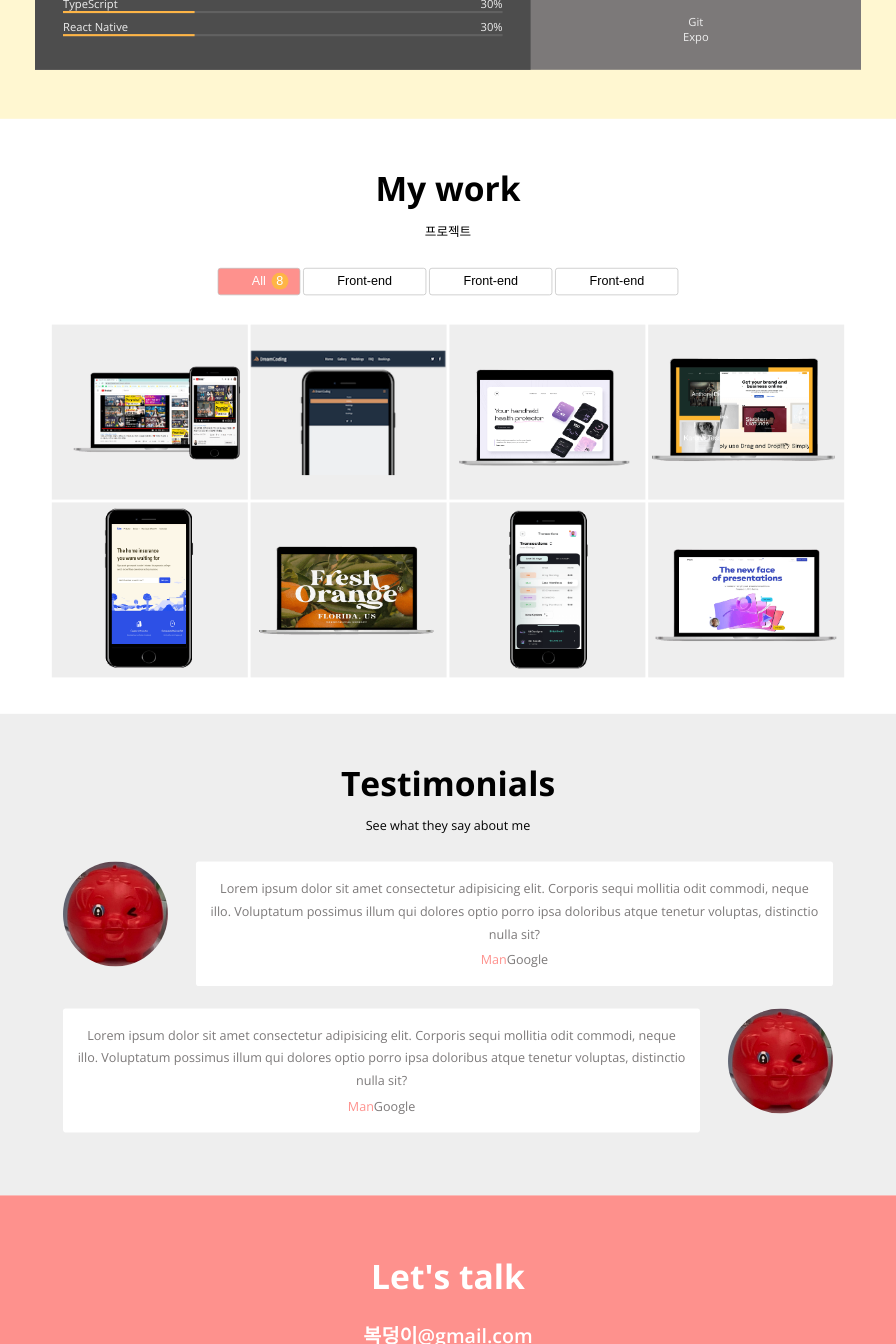
Repository: beomsu9696/Dream_Coding_Academy4
Page: index.html
The author's editor kept a copy of each file at every save. The page is drawn from the files as they stood at one save, then again after the next save.
The browser window is 1280 px wide. The pictures show the part of the page from y = 2224 to 4144 px (the page is 4351 px tall before and 4356 px after), at 70% of full size.
Some web libraries are served in a nearby version.

Above is the page before, as saved 2021-03-19 20:40:03.

### index.html
<!DOCTYPE html>
<html lang="en">
  <head>
    <meta charset="UTF-8" />
    <meta name="viewport" content="width=device-width, initial-scale=1.0" />
    <title>김범수 포트폴리오</title>
    <meta name="description" content="Portfolio" />
    <meta name="author" content="Beomsu" />
    <link rel="icon" type="image/png" href="images/favicon.png" />
    <script
      src="https://kit.fontawesome.com/c90a48a564.js"
      crossorigin="anonymous"
    ></script>
    <link rel="preconnect" href="https://fonts.gstatic.com" />
    <link
      href="https://fonts.googleapis.com/css2?family=Open+Sans:wght@400;600;700&display=swap"
      rel="stylesheet"
    />
    <link rel="stylesheet" href="style.css" />
    <script src="main.js" defer></script>
  </head>
  <body>
    <!-- Navbar -->
    <nav id="navbar">
      <div class="navbar__logo">
        <i class="fab fa-diaspora"></i>
        <a href="#">김범수 포트폴리오</a>
      </div>
      <ul class="navbar__menu">
        <li class="navbar__menu__item active" data-link="#home">홈</li>
        <li class="navbar__menu__item" data-link="#about">소개</li>
        <li class="navbar__menu__item" data-link="#skills">기술</li>
        <li class="navbar__menu__item" data-link="#work">프로젝트</li>
        <li class="navbar__menu__item" data-link="#testimonials">추천사</li>
        <li class="navbar__menu__item" data-link="#contact">연락처</li>
      </ul>
      <!-- Togglle button -->
      <button class="navbar__toggle-btn">
        <i class="fas fa-bars"></i>
      </button>
    </nav>
    <!-- Home -->
    <section id="home">
      <div class="home__container">
        <img
          src="images/IMG_9769.JPG"
          alt="profile photo"
          class="home__avatar"
        />
        <h1 class="home__title">
          안녕하세요, <br />프론트엔드 개발자 김범수 입니다.
        </h1>
        <h2 class="home__description">구직중 🇰🇷</h2>
        <button class="home__contact">연락처</button>
      </div>
    </section>
    <!-- About -->
    <section id="about" class="section section__container">
      <h1>소개</h1>
      <p>
        안녕하세요. 저는 비전공자 신입 프론트엔드 개발자입니다. 기술과 문제
        해결능력을 키우는데 열정을 가지고 있으며, 신기술 습득에 노력하고
        있습니다. 그리고 시간 관리와 의사소통 능력이 있습니다. 코딩에 매력을
        느껴서 본격적으로 기술 공부를 하며 배운 기술을 활용해 작은 프로젝트들을
        만들어 보며 여러 가지 문제에 부딪혀 문제해결 과정을 겪어보고 있습니다.
        프론트엔드 개발기술로는 JavaScript, React, Typescript, Firebase, HTML,
        CSS, Git 등을 사용하며 초급수준입니다. 드림 코딩 아카데미 및 온라인
        강의를 적극적으로 활용하여 능동적으로 또 체계적으로 공부하며 성장하고
        있습니다. 최근 Reaact Native와 Expo로 간단한 앱 몇 가지를 개발하여 구글
        플레이 스토어에 배포해 보았으며 저에겐 굉장히 즐거운 과정이었습니다.
        계속해서 웹 앱 분야에서 토이 프로젝트들을 만들어보면서 고급개발자가 될
        수 있도록 노력하려 합니다. 앞으로는 현업에서 소통과 협업을 하며 성장해
        보고 싶습니다.
      </p>
      <div class="about__majors">
        <div class="major">
          <div class="major__icon">
            <i class="fab fa-html5"></i>
          </div>
          <h2 class="major__title">Front-end</h2>
          <div class="major__description">
            HTML, CSS, JavaScript, React, TypeScript
          </div>
        </div>
        <div class="major">
          <div class="major__icon">
            <i class="fas fa-server"></i>
          </div>
          <h2 class="major__title">Back-end</h2>
          <div class="major__description">Firebase</div>
        </div>
        <div class="major">
          <div class="major__icon">
            <i class="fas fa-mobile"></i>
          </div>
          <h2 class="major__title">Mobile</h2>
          <div class="major__description">React Native</div>
        </div>
      </div>
      <div class="about__jobs">
        <div class="job">
          <img src="images/jobs/sea.jpeg" alt="sea" class="job__logo" />
          <div class="job__description">
            <p class="job__name">수산물 유통</p>
            <p class="job__period">2012 - 2013</p>
          </div>
        </div>
        <div class="job">
          <img
            src="images/jobs/logo-nongshim.png"
            alt="nongshim"
            class="job__logo"
          />
          <div class="job__description">
            <p class="job__name">농심 물류</p>
            <p class="job__period">2013 10 - 2018 3</p>
          </div>
        </div>
      </div>
    </section>
    <!-- Skills -->
    <section id="skills" class="section">
      <div class="section__container">
        <h1>기술</h1>
        <h2>기술 및 숙련도</h2>
        <p>
          알고리즘 공부와 신기술 습득에 노력하고 있습니다. 그리고 능동적으로 또
          체계적으로 공부하며 성장하고 있습니다.
        </p>
        <div class="skillset">
          <div class="skillset__left">
            <h3 class="skillset__title">기술 및 숙련도</h3>
            <div class="skill">
              <div class="skill__description">
                <span>HTML</span>
                <span>70%</span>
              </div>
              <!-- <progress value="100" max="100"></progress> -->
              <div class="skill__bar">
                <div class="skill__value" style="width: 70%"></div>
              </div>
            </div>
            <div class="skill">
              <div class="skill__description">
                <span>CSS</span>
                <span>70%</span>
              </div>
              <div class="skill__bar">
                <div class="skill__value" style="width: 70%"></div>
              </div>
            </div>
            <div class="skill">
              <div class="skill__description">
                <span>JavaScript</span>
                <span>50%</span>
              </div>
              <div class="skill__bar">
                <div class="skill__value" style="width: 50%"></div>
              </div>
            </div>
            <div class="skill">
              <div class="skill__description">
                <span>React</span>
                <span>30%</span>
              </div>
              <div class="skill__bar">
                <div class="skill__value" style="width: 30%"></div>
              </div>
            </div>
            <div class="skill">
              <div class="skill__description">
                <span>TypeScript</span>
                <span>30%</span>
              </div>
              <div class="skill__bar">
                <div class="skill__value" style="width: 30%"></div>
              </div>
            </div>
            <div class="skill">
              <div class="skill__description">
                <span>React Native</span>
                <span>30%</span>
              </div>
              <div class="skill__bar">
                <div class="skill__value" style="width: 30%"></div>
              </div>
            </div>
          </div>
          <div class="skillset__right">
            <div class="tools">
              <h3 class="skillset__title">도구</h3>
              <ul class="tools__list">
                <li><span>Visual Studio Code</span></li>
                <li><span>Firebase</span></li>
              </ul>
            </div>
            <div class="etc">
              <h3 class="skillset__title">기타</h3>
              <ul class="etc__list">
                <li><span>Git</span></li>
                <li><span>Expo</span></li>
              </ul>
            </div>
          </div>
        </div>
      </div>
    </section>
    <!-- Work -->
    <section id="work" class="section">
      <div class="section__container">
        <h1>My work</h1>
        <h3>프로젝트</h3>
        <div class="work__categories">
          <button class="category__btn selected" data-filter="*">
            All <span class="category__count">8</span>
          </button>
          <button class="category__btn" data-filter="front-end1">
            Front-end <span class="category__count">1</span>
          </button>
          <button class="category__btn" data-filter="front-end2">
            Front-end <span class="category__count">1</span>
          </button>
          <button class="category__btn" data-filter="front-end3">
            Front-end <span class="category__count">1</span>
          </button>
        </div>
        <div class="work__projects">
          <a href="#" class="project" target="_blank" data-type="front-end1">
            <img
              class="project__img"
              src="images/projects/project1.png"
              alt="Project1"
            />
            <div class="project__description">
              <h3>Project</h3>
              <span>Clone coding with HTML and CSS</span>
            </div>
          </a>
          <a href="#" class="project" target="_blank" data-type="front-end2">
            <img
              class="project__img"
              src="images/projects/project2.png"
              alt="Project2"
            />
            <div class="project__description">
              <h3>Project</h3>
              <span>Clone coding with HTML and CSS</span>
            </div>
          </a>
          <a href="#" class="project" target="_blank" data-type="front-end3">
            <img
              class="project__img"
              src="images/projects/project3.png"
              alt="Project3"
            />
            <div class="project__description">
              <h3>Project</h3>
              <span>Clone coding with HTML and CSS</span>
            </div>
          </a>
          <a href="#" class="project" target="_blank">
            <img
              class="project__img"
              src="images/projects/project4.png"
              alt="Project4"
            />
            <div class="project__description">
              <h3>Project</h3>
              <span>Clone coding with HTML and CSS</span>
            </div>
          </a>
          <a href="#" class="project" target="_blank">
            <img
              class="project__img"
              src="images/projects/project5.png"
              alt="Project5"
            />
            <div class="project__description">
              <h3>Project</h3>
              <span>Clone coding with HTML and CSS</span>
            </div>
          </a>
          <a href="#" class="project" target="_blank">
            <img
              class="project__img"
              src="images/projects/project6.png"
              alt="Project6"
            />
            <div class="project__description">
              <h3>Project</h3>
              <span>Clone coding with HTML and CSS</span>
            </div>
          </a>
          <a href="#" class="project" target="_blank">
            <img
              class="project__img"
              src="images/projects/project7.png"
              alt="Project7"
            />
            <div class="project__description">
              <h3>Project</h3>
              <span>Clone coding with HTML and CSS</span>
            </div>
          </a>
          <a href="#" class="project" target="_blank">
            <img
              class="project__img"
              src="images/projects/project8.png"
              alt="Project8"
            />
            <div class="project__description">
              <h3>Project</h3>
              <span>Clone coding with HTML and CSS</span>
            </div>
          </a>
        </div>
      </div>
    </section>
    <!-- Testimonials -->
    <section id="testimonials" class="section">
      <div class="section__container">
        <h1>Testimonials</h1>
        <h3>See what they say about me</h3>
        <div class="testimonials">
          <div class="testimonial">
            <img
              src="images/pig.jpg"
              alt="People"
              class="testimonial__avatar"
            />
            <div class="testimonial__speech-bubble">
              <p>
                Lorem ipsum dolor sit amet consectetur adipisicing elit.
                Corporis sequi mollitia odit commodi, neque illo. Voluptatum
                possimus illum qui dolores optio porro ipsa doloribus atque
                tenetur voluptas, distinctio nulla sit?
              </p>
              <p class="name"><a href="#">Man</a>Google</p>
            </div>
          </div>
          <div class="testimonial">
            <div class="testimonial__speech-bubble">
              <p>
                Lorem ipsum dolor sit amet consectetur adipisicing elit.
                Corporis sequi mollitia odit commodi, neque illo. Voluptatum
                possimus illum qui dolores optio porro ipsa doloribus atque
                tenetur voluptas, distinctio nulla sit?
              </p>
              <p class="name"><a href="#">Man</a>Google</p>
            </div>
            <img
              src="images/pig.jpg"
              alt="People"
              class="testimonial__avatar"
            />
          </div>
        </div>
      </div>
    </section>
    <!-- Contact -->
    <section id="contact" class="section">
      <h1 class="contact__title">Let's talk</h1>
      <h2 class="contact__email">복덩이@gmail.com</h2>
      <div class="contact__links">
        <a href="#" target="_blank">
          <i class="fab fa-github"></i>
        </a>
        <a href="#" target="_blank">
          <i class="fab fa-linkedin"></i>
        </a>
      </div>
      <p class="contact__rights">
        2021 Dream Coding Ellie - All rights reserved
      </p>
    </section>
    <!-- Arrow up -->
    <button class="arrow-up">
      <i class="fa fa-arrow-up"></i>
    </button>
  </body>
</html>

### style.css
/* Universal tags */
* {
  box-sizing: border-box;
}

body {
  margin: 0;
  font-family: "Open Sans", sans-serif;
  cursor: default;
}

a {
  text-decoration: none;
  color: var(--color-white);
}

ul {
  list-style: none;
  padding-left: 0;
}

button {
  outline: none;
  background-color: transparent;
  cursor: pointer;
  border: none;
  padding: 0;
}

p {
  line-height: 1.8;
}

/* Global */
:root {
  /* Color */
  --color-white: #ffffff;
  --color-light-white: #eeeeee;
  --color-dark-white: #bdbdbd;
  --color-pink: #fe918d;
  --color-dark-pink: #ff6863;
  --color-dark-grey: #4d4d4d;
  --color-grey: #616161;
  --color-light-grey: #7c7979;
  --color-blue: #73aace;
  --color-yellow: #fff7d1;
  --color-orange: #feb546;
  --color-black: #000000;

  /* Font size */
  --font-large: 48px;
  --font-medium: 28px;
  --font-regular: 18px;
  --font-small: 16px;
  --font-micro: 14px;

  /* Font weight */
  --weight-bold: 700;
  --weight-semi-bold: 600;
  --weight-regular: 400;

  /* Size */
  --size-border-radius: 4px;

  /* Animation */
  --animation-duration: 300ms;
}

/* Typography */

h1 {
  font-size: var(--font-large);
  font-weight: var(--weight-bold);
  color: var(--color-black);
  margin: 16px 0px;
}

h2 {
  font-size: var(--font-medium);
  font-weight: var(--weight-semi-bold);
  color: var(--color-black);
  margin: 8px 0;
}

h3 {
  font-size: var(--font-regular);
  font-weight: var(--weight-regular);
  color: var(--color-black);
  margin: 8px 0;
}

p {
  font-size: var(--font-regular);
  font-weight: var(--weight-regular);
  color: var(--color-black);
  margin: 4px 0;
}

/* Navbar */
#navbar {
  position: fixed;
  width: 100%;
  display: flex;
  justify-content: space-between;
  align-items: center;
  color: var(--color-white);
  padding: 16px;
  background-color: transparent;
  transition: all var(--animation-duration) ease-in-out;
  z-index: 1;
}

#navbar.navbar--dark {
  background-color: var(--color-pink);
  padding: 8px;
}

.navbar__menu {
  display: flex;
}

.navbar__logo {
  font-size: var(--font-medium);
  font-weight: var(--weight-semi-bold);
}

.navbar__menu__item {
  padding: 8px 12px;
  margin: 0 4px;
  cursor: pointer;
  border-radius: var(--size-border-radius);
  border: 1px solid transparent;
}

.navbar__menu__item.active {
  border: 1px solid var(--color-white);
}

.navbar__menu__item:hover {
  border: 1px solid var(--color-white);
  background-color: var(--color-dark-pink);
}

.navbar__toggle-btn {
  position: absolute;
  top: 24px;
  right: 32px;
  font-size: 24px;
  color: var(--color-white);
  display: none;
}

/* Home */
#home {
  background: center/cover no-repeat url(images/homebackground.png);
  padding: 40px;
  padding-top: 120px;
  text-align: center;
}

.home__avatar {
  width: 250px;
  height: 250px;
  border-radius: 50%;
  border: 2px solid var(--color-light-white);
  object-fit: cover;
}

.home__title,
.home__description {
  color: var(--color-white);
}

.home__contact {
  color: var(--color-white);
  font-size: var(--font-regular);
  font-weight: var(--weight-bold);
  margin: 24px;
  padding: 8px 12px;
  border: 2px solid var(--color-white);
  border-radius: var(--size-border-radius);
}

.home__contact:hover {
  background-color: var(--color-orange);
}

/* Section common */
.section {
  text-align: center;
  padding: 50px;
  margin: auto;
}

.section__container {
  max-width: 1200px;
  margin: auto;
}
/* About */
.about__majors {
  display: flex;
  justify-content: space-between;
  margin: 80px 0;
}

.major__icon {
  width: 170px;
  height: 170px;
  line-height: 170px;
  font-size: 70px;
  margin: auto;
  color: var(--color-blue);
  border: 1px solid var(--color-blue);
  border-radius: 50%;
  margin-bottom: 16px;
}

.major__icon i {
  transition: all var(--animation-duration) ease;
}

.major__icon:hover i {
  color: var(--color-pink);
  transform: rotate(-30deg) scale(1.1);
}

.major__title,
.major__description {
  color: var(--color-dark-grey);
}

.major__description {
  font-size: var(--font-small);
}

.job {
  display: flex;
  align-items: center;
}

.job__description {
  margin: 0 16px;
  text-align: left;
}

.job__name,
.job__period {
  color: var(--color-light-grey);
}

.job__name {
  font-size: var(--font-small);
}

.job__period {
  font-size: var(--font-micro);
}
.job__logo {
  width: 100px;
  height: 100px;
}

/* Skill */
#skills {
  background-color: var(--color-yellow);
}

.skillset {
  display: flex;
  background-color: var(--color-light-grey);
  color: var(--color-light-white);
  margin: 20px 0;
}

.skillset__title {
  color: var(--color-white);
}

.skillset__left {
  flex-basis: 60%;
  background-color: var(--color-dark-grey);
  padding: 20px 40px;
}

.skill {
  margin-bottom: 8px;
}

.skill__description {
  display: flex;
  justify-content: space-between;
}

.skill__bar {
  width: 100%;
  height: 3px;
  background-color: var(--color-grey);
}

.skill__value {
  width: 100%;
  height: 3px;
  background-color: var(--color-orange);
}

.skillset__right {
  flex-basis: 40%;
}

.tools {
  background-color: var(--color-grey);
}

.tools,
.etc {
  padding: 20px;
}

/* Work */
.work__categories {
  margin: 40px;
}

.category__btn {
  border: 1px solid var(--color-dark-white);
  border-radius: var(--size-border-radius);
  font-size: var(--font-regular);
  padding: 8px 48px;
  position: relative;
}

.category__btn.selected,
.category__btn:hover {
  background-color: var(--color-pink);
  color: var(--color-white);
}

.category__btn.selected .category__count,
.category__btn:hover .category__count {
  opacity: 1;
  top: 6px;
}

.category__count {
  background-color: var(--color-orange);
  border-radius: 50%;
  color: var(--color-white);
  width: 24px;
  height: 24px;
  line-height: 24px;
  display: inline-block;
  position: absolute;
  top: -20px;
  right: 16px;
  opacity: 0;
  transition: all var(--animation-duration) ease-in;
}

.work__projects {
  display: flex;
  flex-wrap: wrap;
  justify-content: center;
  opacity: 1;
  transition: all var(--animation-duration) ease-out;
}

.work__projects.anim-out {
  opacity: 0.6;
  transform: scale(0.96) translateY(40px);
}

.project {
  position: relative;
  display: flex;
  justify-content: center;
  align-items: center;
  width: 280px;
  height: 250px;
  margin: 2px;
  background-color: var(--color-light-white);
}

.project.invisible {
  display: none;
}

.project__img {
  max-width: 100%;
  max-height: 100%;
}

.project__description {
  position: absolute;
  background-color: black;
  display: flex;
  flex-direction: column;
  justify-content: center;
  width: 100%;
  height: 100%;
  top: 0;
  left: 0;
  opacity: 0;
  transform: translateY(10px);
  transition: all var(--animation-duration) ease-in;
}

.project:hover .project__description {
  transform: translateY(0px);
  opacity: 0.8;
}

.project__description h3 {
  color: var(--color-orange);
}

.project__description h3:after {
  content: "";
  display: block;
  position: relative;
  left: 50%;
  width: 50px;
  height: 2px;
  transform: translateX(-50%);
  margin-top: 8px;
  background-color: var(--color-dark-white);
}

/* Testimonial */
#testimonials {
  background-color: var(--color-light-white);
}

.testimonials {
  margin: 40px;
}

.testimonial {
  display: flex;
  margin: 32px 0;
}

.testimonial__avatar {
  width: 150px;
  height: 150px;
  border-radius: 50%;
}

.testimonial__avatar:nth-child(odd) {
  margin-right: 40px;
}
.testimonial__avatar:nth-child(even) {
  margin-left: 40px;
}

.testimonial__speech-bubble {
  padding: 18px;
  background-color: var(--color-white);
  border-radius: var(--size-border-radius);
}

.testimonial__speech-bubble p {
  color: var(--color-light-grey);
}

.testimonial__speech-bubble a {
  color: var(--color-pink);
}

/* Contact */
#contact {
  background-color: var(--color-pink);
}

.contact__title,
.contact__email,
.contact__rights {
  color: var(--color-white);
}

.contact__title {
  margin: 32px 0;
}

.contact__links {
  font-size: var(--font-large);
  margin: 24px 0;
}

.contact__links i {
  transition: all var(--animation-duration) ease-in;
}

.contact__links i:hover {
  transform: scale(1.1);
  color: var(--color-yellow);
}

/* Scroll */
.arrow-up {
  position: fixed;
  bottom: 50px;
  right: 50px;
  font-size: 50px;
  width: 70px;
  height: 70px;
  background-color: var(--color-pink);
  color: var(--color-white);
  border-radius: 50%;
  opacity: 0;
  transition: all 300ms ease-in;
  pointer-events: none;
}

.arrow-up.visible {
  opacity: 1;
  pointer-events: auto;
}

/* For below 768px screen width */
@media screen and (max-width: 768px) {
  :root {
    /* Font size */
    --font-large: 30px;
    --font-medium: 18px;
    --font-regular: 16px;
    --font-small: 14px;
    --font-micro: 12px;
  }

  .navbar__toggle-btn {
    display: block;
    top: 16px;
    right: 16px;
    font-size: var(--font-medium);
  }

  #navbar {
    flex-direction: column;
    align-items: flex-start;
    background-color: var(--color-pink);
  }
  #navbar.navbar--dark {
    padding: 16px;
  }
  .navbar__menu {
    flex-direction: column;
    text-align: center;
    width: 100%;
    display: none;
  }

  .navbar__menu.open {
    display: block;
  }

  .section {
    padding: 16px;
    padding-top: 40px;
  }

  .about__majors {
    flex-direction: column;
    margin-top: 30px;
    margin-bottom: 0px;
  }

  .major {
    margin-bottom: 30px;
  }

  .skillset {
    flex-direction: column;
  }

  .category__btn {
    padding: 8px;
  }

  .project {
    flex-grow: 1;
  }

  .testimonial {
    flex-direction: column;
    align-items: center;
  }

  .testmonial__avatar {
    width: 120px;
    height: 120px;
  }

  .testimonial__avatar:nth-child(even),
  .testimonial__avatar:nth-child(odd) {
    margin: 0;
    margin-bottom: 8px;
  }

  .testimonial__speech-bubble {
    order: 1;
  }

  .arrow-up {
    width: 50px;
    height: 50px;
    font-size: 30px;
    line-height: 50px;
    right: 16px;
    bottom: 16px;
  }
}
/* For below 970px screen width */
@media screen and (max-width: 970px) {
  .work__categories {
    display: flex;
    flex-direction: column;
  }

  .category__btn:nth-child(even),
  .category__btn:nth-child(3) {
    margin-top: 4px;
  }
}

Loaded but not shown: main.js (155 lines, source omitted)

After the next save:
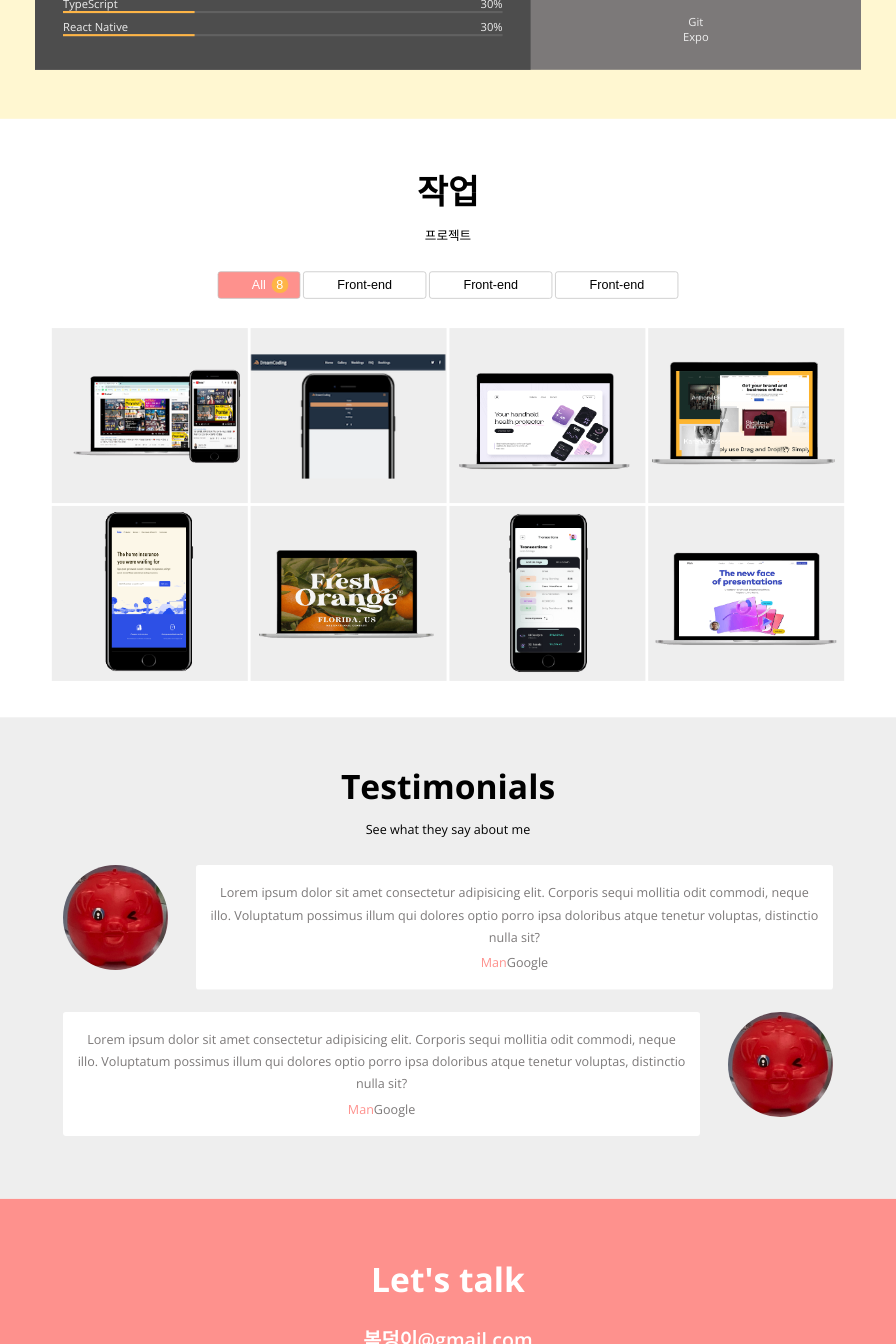
Saved 7 s later.
--- a/index.html
+++ b/index.html
@@ -208,7 +208,7 @@
     <!-- Work -->
     <section id="work" class="section">
       <div class="section__container">
-        <h1>My work</h1>
+        <h1>작업</h1>
         <h3>프로젝트</h3>
         <div class="work__categories">
           <button class="category__btn selected" data-filter="*">
